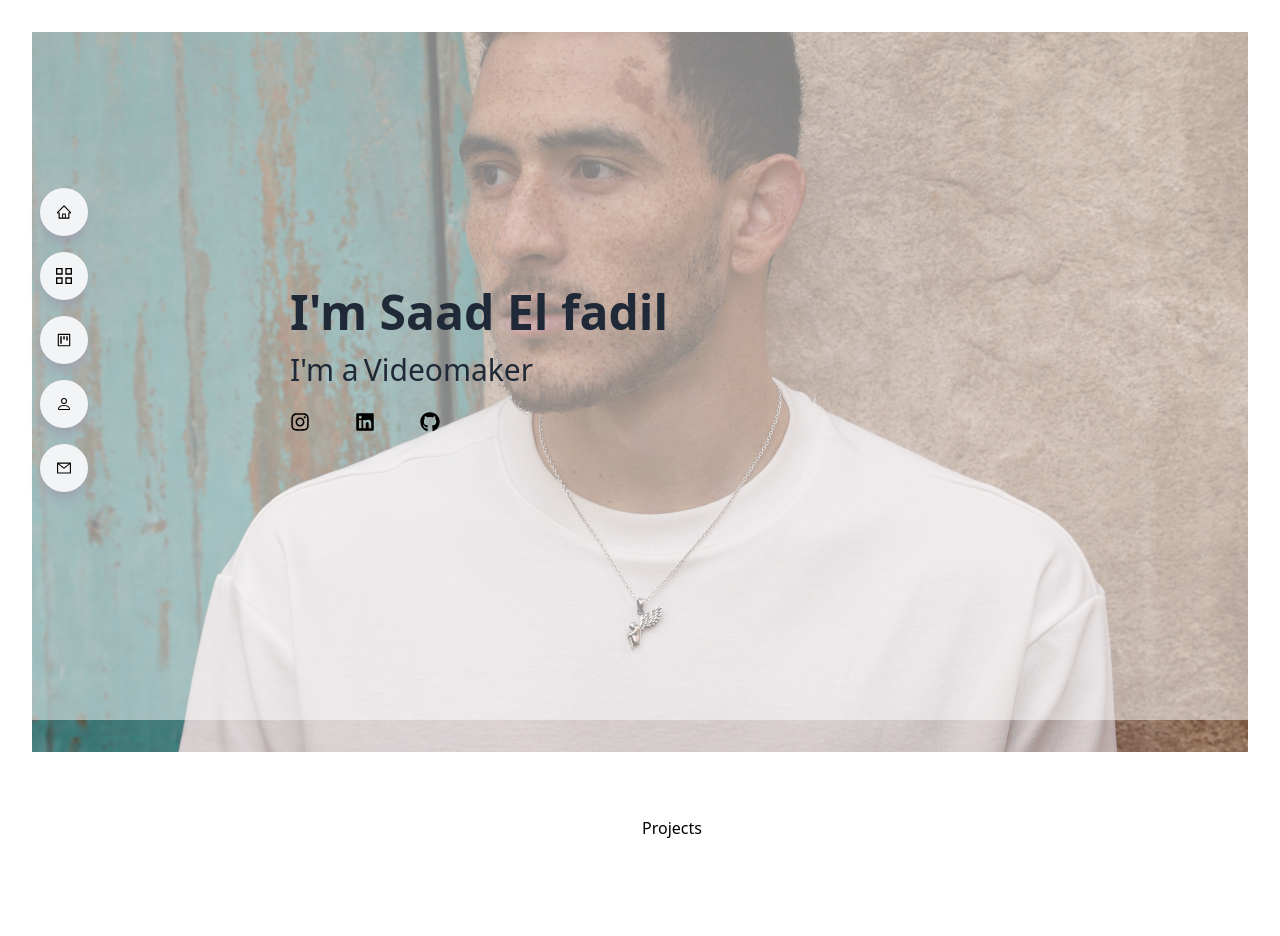
Repository: Saadelfadil/saadelfadil.github.io
Page: /
The author's editor kept a copy of each file at every save. The page is drawn from the files as they stood at one save, then again after the next save.
The browser window is 1280 px wide. The pictures show the whole page.
The project was rebuilt for these pictures with package versions that can differ from the ones it lists, and the page was loaded fresh each time. Also part of the build but not shown: vite.config.js, src/components/ProjectItem.jsx.

Above is the page before, as saved 2023-02-26 17:48:42.

### src/App.jsx
import './App.css'
import Sidenave from './components/Sidenave'
import Main from './components/Main'
import Projects from './components/Projects'

function App() {

  return (
    <div>
      <Sidenave />
      <Main />
      <Projects />
    </div>
  )
}

export default App

### src/components/Sidenave.jsx
import React, { useState } from "react";
import { AiOutlineHome, AiOutlineMail, AiOutlineMenu, AiOutlineProject } from "react-icons/ai"
import { GrProjects } from "react-icons/gr"
import { BsPerson } from "react-icons/bs"

const Sidenave = () => {
    const [nav, setNav] = useState(false)

    const handleNav = () => {
        setNav((prev) => prev = !nav);
    };

  return (
    <div>
        <AiOutlineMenu onClick={handleNav} className="absolute top-4 right-4 z-[100] md:hidden"/>
        {
            nav ? (
                <div className="fixed w-full h-screen bg-white/90 flex flex-col justify-center items-center z-20">
                    <a href="#main" className="w-[75%] flex justify-center rounded-full shadow-lg bg-gray-100 shadow-gray-400 m-2 p-4 cursor-pointer hover:scale-110 ease-in duration-200">
                        <AiOutlineHome size={20}/>
                        <span className="pl-4">Home</span>
                    </a>
                    <a href="#work" className="w-[75%] flex justify-center rounded-full shadow-lg bg-gray-100 shadow-gray-400 m-2 p-4 cursor-pointer hover:scale-110 ease-in duration-200">
                        <GrProjects size={20}/>
                        <span className="pl-4">Work</span>
                    </a>
                    <a href="#projects" className="w-[75%] flex justify-center rounded-full shadow-lg bg-gray-100 shadow-gray-400 m-2 p-4 cursor-pointer hover:scale-110 ease-in duration-200">
                        <AiOutlineProject size={20}/>
                        <span className="pl-4">Projects</span>
                    </a>
                    <a href="#main" className="w-[75%] flex justify-center rounded-full shadow-lg bg-gray-100 shadow-gray-400 m-2 p-4 cursor-pointer hover:scale-110 ease-in duration-200">
                        <BsPerson size={20}/>
                        <span className="pl-4">Resume</span>
                    </a>
                    <a href="#contact" className="w-[75%] flex justify-center rounded-full shadow-lg bg-gray-100 shadow-gray-400 m-2 p-4 cursor-pointer hover:scale-110 ease-in duration-200">
                        <AiOutlineMail size={20}/>
                        <span className="pl-4">Contact</span>
                    </a>
                </div>
            ) : ""
        }

        <div className="md:block hidden fixed top-[25%] z-10">
            <div className="flex flex-col">
                <a href="#main" className="rounded-full shadow-lg bg-gray-100 shadow-gray-400 m-2 p-4 cursor-pointer hover:scale-110 ease-in duration-300 ">
                    <AiOutlineHome />
                </a>
                <a href="#work" className="rounded-full shadow-lg bg-gray-100 shadow-gray-400 m-2 p-4 cursor-pointer hover:scale-110 ease-in duration-300 ">
                    <GrProjects />
                </a>
                <a href="#projects" className="rounded-full shadow-lg bg-gray-100 shadow-gray-400 m-2 p-4 cursor-pointer hover:scale-110 ease-in duration-300 ">
                    <AiOutlineProject />
                </a>
                <a href="#main" className="rounded-full shadow-lg bg-gray-100 shadow-gray-400 m-2 p-4 cursor-pointer hover:scale-110 ease-in duration-300 ">
                    <BsPerson />
                </a>
                <a href="#contact" className="rounded-full shadow-lg bg-gray-100 shadow-gray-400 m-2 p-4 cursor-pointer hover:scale-110 ease-in duration-300 ">
                    <AiOutlineMail />
                </a>
            </div>
        </div>
    </div>
  )
};

export default Sidenave;

### src/components/Main.jsx
import React from "react";
import { TypeAnimation } from "react-type-animation"
import { FaGithub, FaInstagram, FaLinkedin } from "react-icons/fa"

const Main = () => {
  return (
    <div id="main">
        <img className="w-full h-screen object-cover object-right " src="/src/assets/saadelfadil.jpg" alt="saadelfadil" />
        <div className="w-full h-screen absolute top-0 left-0 bg-white/50 ">
            <div className="max-w-[700px] m-auto h-full w-full flex flex-col justify-center lg:items-start items-center ">
                <h1 className="sm:text-5xl text-4xl font-bold text-gray-800">I'm Saad El fadil</h1>
                <h2 className="flex sm:text-3xl text-2xl pt-4 text-gray-800">I'm a
                    <TypeAnimation
                        sequence={[
                            'Software Engineer', // Types 'One'
                            1000, // Waits 1s
                            'Videomaker', // Deletes 'One' and types 'Two'
                            2000, // Waits 2s
                        ]}
                        wrapper="div"
                        cursor={true}
                        repeat={Infinity}
                        style={{ fontSize: '1em', paddingLeft: "5px" }}
                    />
                </h2>
                <div className="flex justify-between pt-6 max-w-[150px] w-full">
                        <FaInstagram size={20} className="cursor-pointer"/>
                        <FaLinkedin size={20} className="cursor-pointer"/>
                        <FaGithub size={20} className="cursor-pointer"/>
                </div>
            </div>
        </div>
    </div>
  )
};

export default Main;

### src/components/Projects.jsx
import React from "react";
import ProjectItem from "./ProjectItem";
import img from "../assets/saadelfadil.jpg";

const Projects = () => {
  return (
    <div id="projects" className="max-w-[1028px] m-auto md:pl-20 p-4 py-16">
        <h1 className="">Projects</h1>
        {/* <ProjectItem /> */}
    </div>
  )
};

export default Projects;

Loaded but not shown: index.html (common file); src/main.jsx (common file); src/index.css (common file); src/App.css (common file); tailwind.config.cjs (common file)

After the next save:
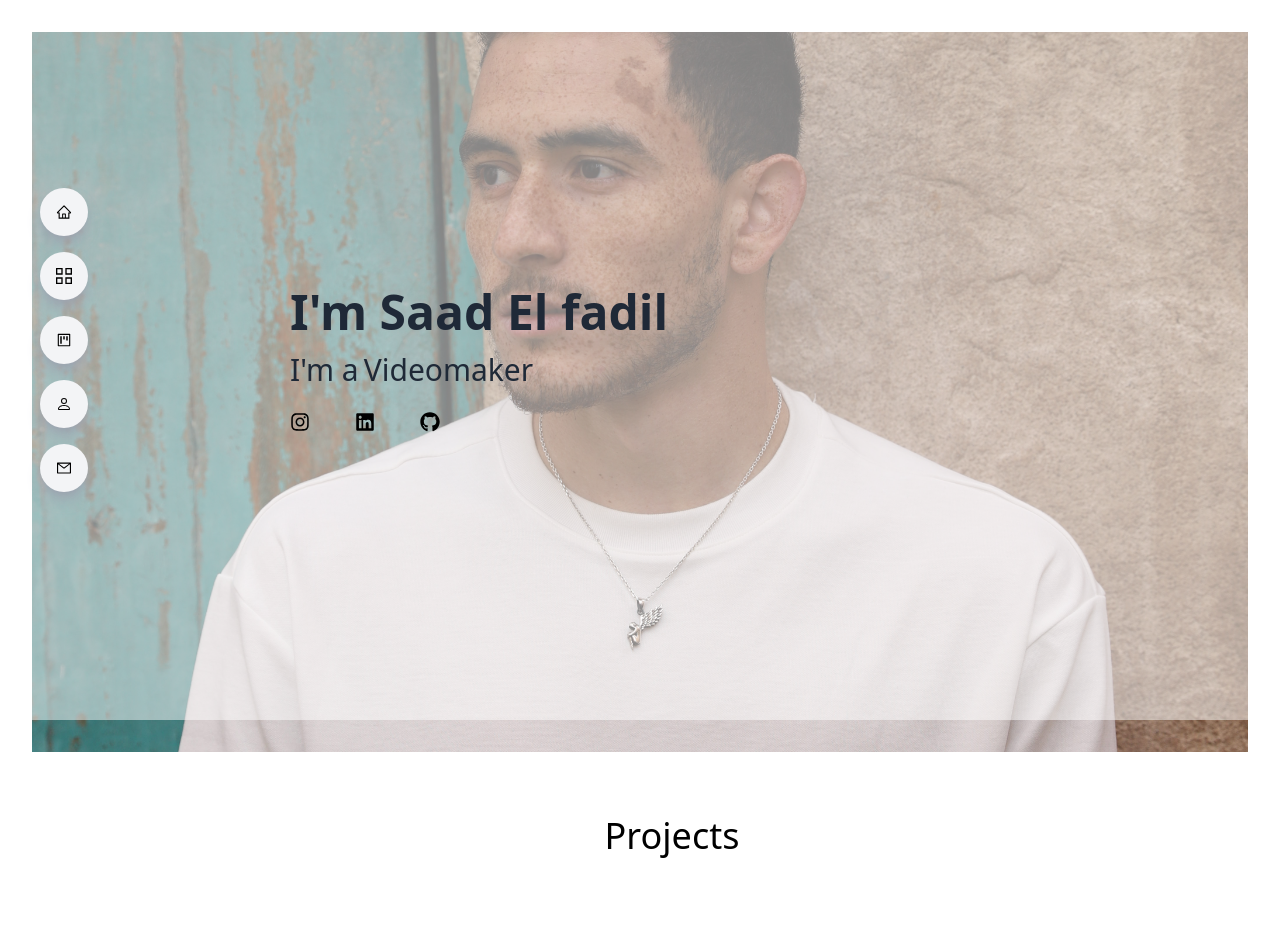
Saved 11 s later.
--- a/src/components/Projects.jsx
+++ b/src/components/Projects.jsx
@@ -5,7 +5,7 @@ import img from "../assets/saadelfadil.jpg";
 const Projects = () => {
   return (
     <div id="projects" className="max-w-[1028px] m-auto md:pl-20 p-4 py-16">
-        <h1 className="">Projects</h1>
+        <h1 className="text-4xl ">Projects</h1>
         {/* <ProjectItem /> */}
     </div>
   )
